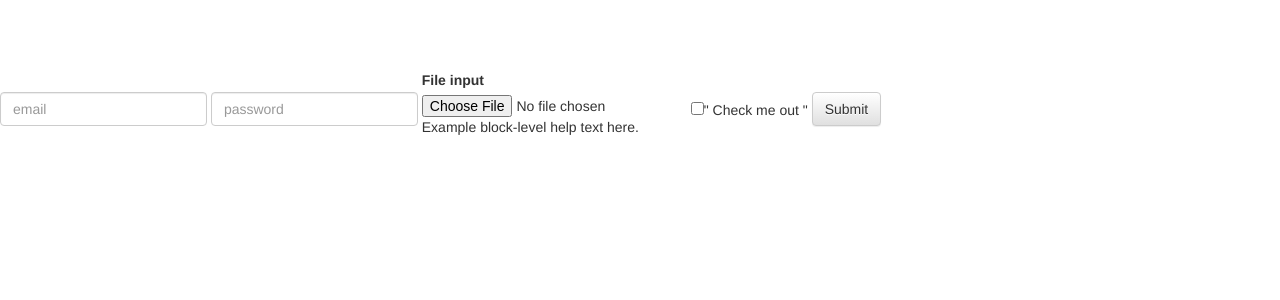
Repository: Echo-Jiang/Echo-Jiang.github.io
Page: test.5.html
The author's editor kept a record of every edit. The page is drawn from the files as they stood at one moment, then again after the next edit.
The browser window is 1280 px wide. The pictures show the whole page.

Above is the page before.

After the next edit:
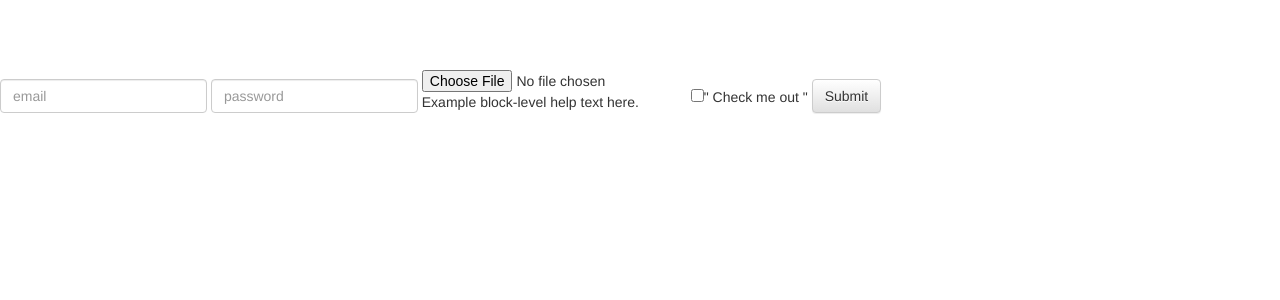
The edit:
--- a/test.5.html
+++ b/test.5.html
@@ -37,7 +37,7 @@
         <input type="password" class="form-control" id="exampleInputPassword1" placeholder="password">
       </div>
       <div class="form-group">
-        <label for="exampleInputFile">File input</label>
+        <label class="sr-only" for="exampleInputFile">File input</label>
         <input type="file" id="exampleInputFile">
         <p class="helpblock">Example block-level help text here.</p>
       </div>
